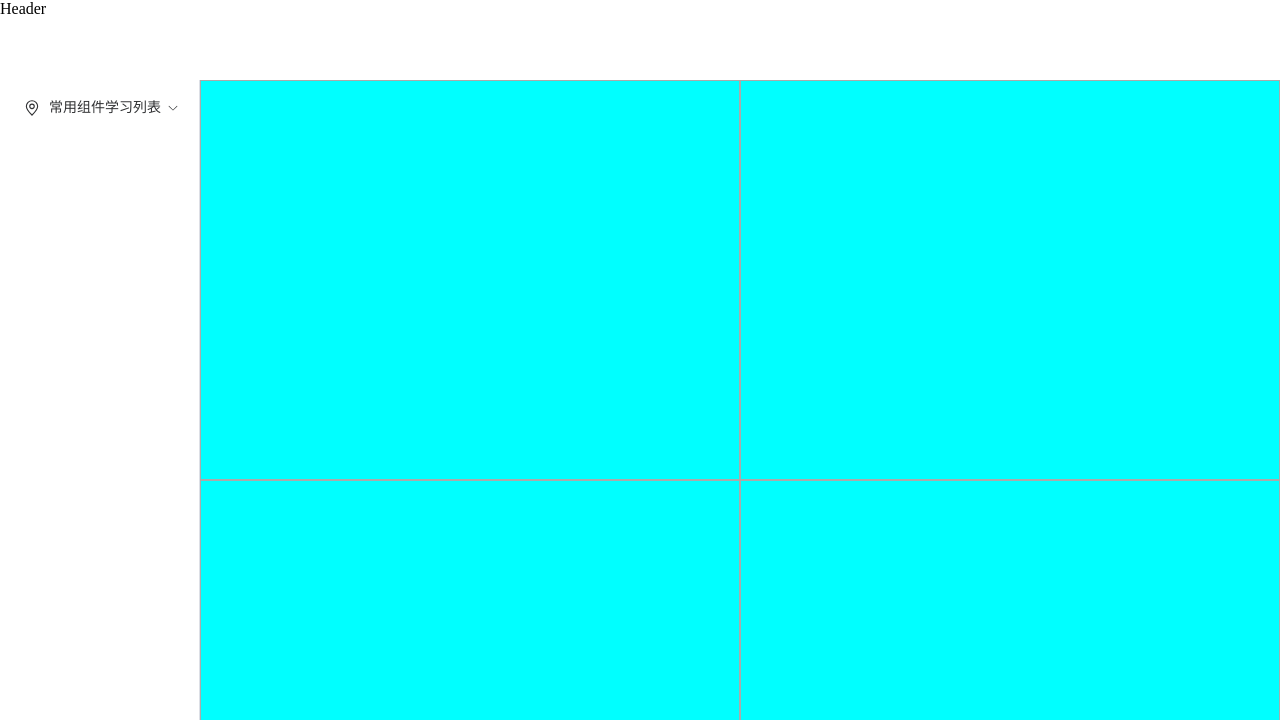
Repository: 553559555/vue3-project
Page: /#/index (app in vue3-app/)
These files come from the project's save history. The page is drawn as it stood at one moment and after the next save; the edit follows.
The browser window is 1280 px wide. The pictures show the whole page.
An inner scrolling area shows only its first screen. The project was rebuilt for these pictures with package versions that can differ from the ones it lists, and the page was loaded fresh each time. Also part of the build but not shown: vue3-app/vite.config.ts.

Above is the page before, as saved 2025-03-24 10:59:40.

After the next save:
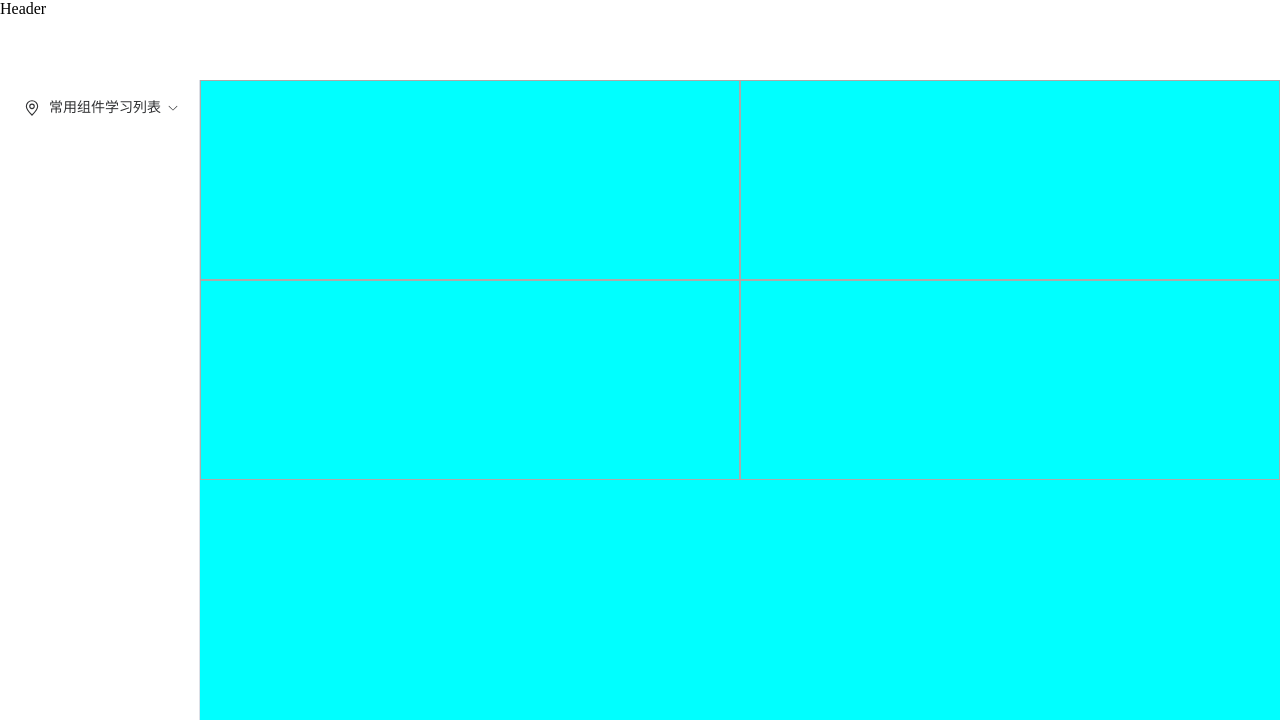
Saved 13 s later.
--- a/vue3-app/src/views/Home.vue
+++ b/vue3-app/src/views/Home.vue
@@ -32,7 +32,7 @@
   background-color: aqua;
 
   .row {
-    height: 400px;
+    min-height: 200px;
 
     .el-col {
       border: solid 1px #aaa;
